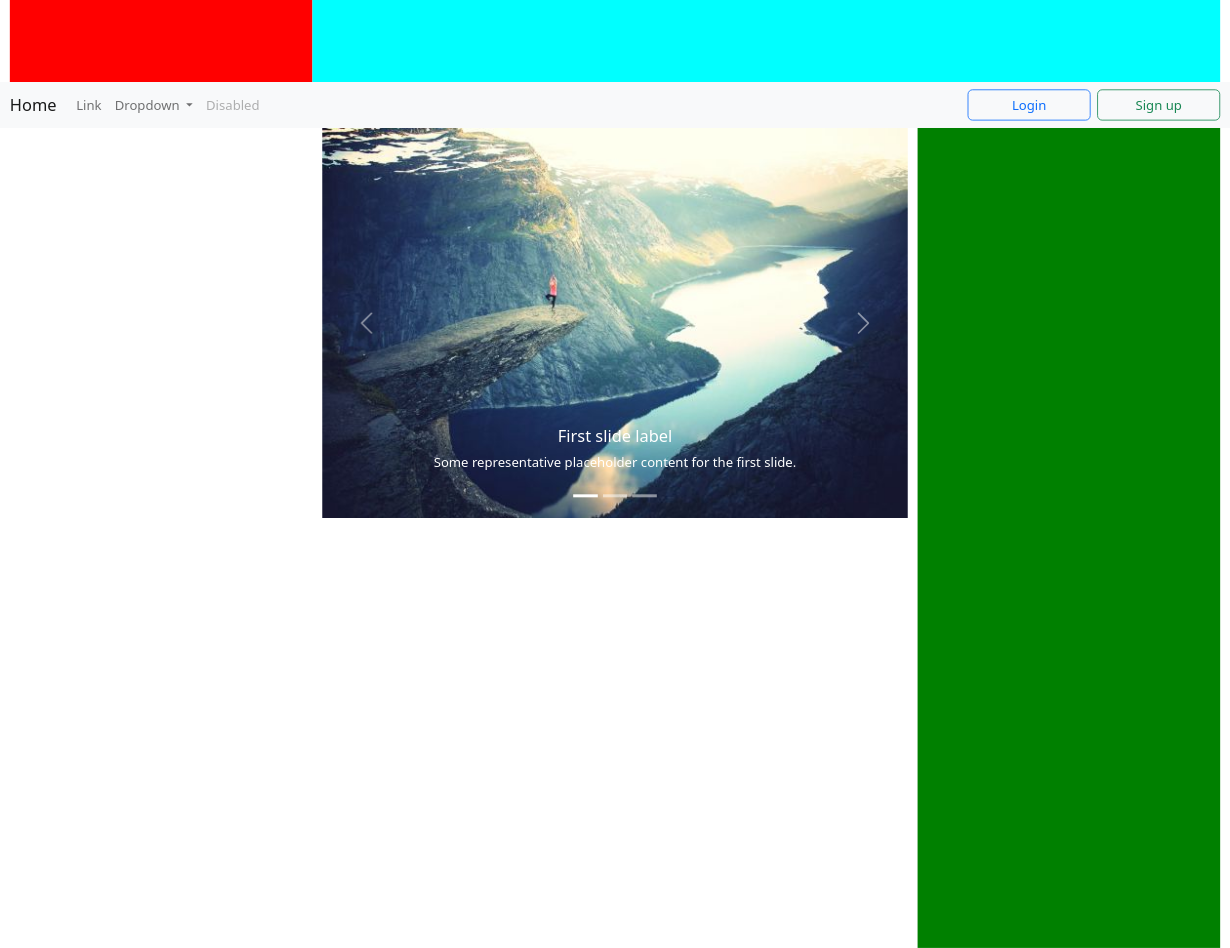
Repository: nguyenhung50497/MD2_bootstrap
Page: BT_giaoDienWeb/index.html
These files come from the project's save history. The page is drawn as it stood at one moment and after the next save; the edit follows.
The browser window is 1280 px wide. The page is 1500 px wide, so the pictures cover 1500 px, including what lies to the right of the window. The pictures show the whole page, at 82% of full size.

Above is the page before, as saved 2022-11-30 14:00:11.

### BT_giaoDienWeb/index.html
<!DOCTYPE html>
<html lang="en">
<head>
    <meta charset="UTF-8">
    <meta http-equiv="X-UA-Compatible" content="IE=edge">
    <meta name="viewport" content="width=device-width, initial-scale=1.0">
    <link href="https://cdn.jsdelivr.net/npm/bootstrap@5.2.3/dist/css/bootstrap.min.css" rel="stylesheet" integrity="sha384-rbsA2VBKQhggwzxH7pPCaAqO46MgnOM80zW1RWuH61DGLwZJEdK2Kadq2F9CUG65" crossorigin="anonymous">
    <script src="https://cdn.jsdelivr.net/npm/bootstrap@5.2.3/dist/js/bootstrap.bundle.min.js" integrity="sha384-kenU1KFdBIe4zVF0s0G1M5b4hcpxyD9F7jL+jjXkk+Q2h455rYXK/7HAuoJl+0I4" crossorigin="anonymous"></script>
    <title>Document</title>
</head>
<style>
    .logo {
        background-color: red;
        height: 100px;
    }
    .anhBia {
        background-color: aqua;
        height: 100px;
    }
    .right {
        background-color: green;
        height: 1000px;
    }
</style>
<body>
<center>
    <div style="width: 1500px;">
    <header class="container-fluid row">
        <div class="col-lg-3 logo">
            <img src="" alt="">
        </div>
        <div class="col-lg-9 anhBia">
            <img src="" alt="">
        </div>
    </header>
    <nav class="navbar navbar-expand-lg bg-light">
        <div class="container-fluid">
          <a class="navbar-brand" href="#">Home</a>
          <button class="navbar-toggler" type="button" data-bs-toggle="collapse" data-bs-target="#navbarSupportedContent" aria-controls="navbarSupportedContent" aria-expanded="false" aria-label="Toggle navigation">
            <span class="navbar-toggler-icon"></span>
          </button>
          <div class="collapse navbar-collapse" id="navbarSupportedContent">
            <ul class="navbar-nav me-auto mb-2 mb-lg-0">
              <li class="nav-item">
                <a class="nav-link" href="#">Link</a>
              </li>
              <li class="nav-item dropdown">
                <a class="nav-link dropdown-toggle" href="#" role="button" data-bs-toggle="dropdown" aria-expanded="false">
                  Dropdown
                </a>
                <ul class="dropdown-menu">
                  <li><a class="dropdown-item" href="#">Action</a></li>
                  <li><a class="dropdown-item" href="#">Another action</a></li>
                  <li><hr class="dropdown-divider"></li>
                  <li><a class="dropdown-item" href="#">Something else here</a></li>
                </ul>
              </li>
              <li class="nav-item">
                <a class="nav-link disabled">Disabled</a>
              </li>
            </ul>
            <form class="d-flex" role="search">
              <button class="form-control me-2 btn btn-outline-primary" style="width: 150px;">Login</button>
              <button class="btn btn-outline-success" type="submit" style="width: 150px;">Sign up</button>
            </form>
          </div>
        </div>
      </nav>
    <div class="container-fluid row">
        <aside class="col-lg-3 left">

        </aside>
        <section class="col-lg-6 content">
            <div id="carouselExampleCaptions" class="carousel slide" data-bs-ride="false">
                <div class="carousel-indicators">
                  <button type="button" data-bs-target="#carouselExampleCaptions" data-bs-slide-to="0" class="active" aria-current="true" aria-label="Slide 1"></button>
                  <button type="button" data-bs-target="#carouselExampleCaptions" data-bs-slide-to="1" aria-label="Slide 2"></button>
                  <button type="button" data-bs-target="#carouselExampleCaptions" data-bs-slide-to="2" aria-label="Slide 3"></button>
                </div>
                <div class="carousel-inner">
                  <div class="carousel-item active">
                    <img src="anh1.jpg" class="d-block w-100" alt="Anh 1">
                    <div class="carousel-caption d-none d-md-block">
                      <h5>First slide label</h5>
                      <p>Some representative placeholder content for the first slide.</p>
                    </div>
                  </div>
                  <div class="carousel-item">
                    <img src="anh2.jpg" class="d-block w-100" alt="Anh 2">
                    <div class="carousel-caption d-none d-md-block">
                      <h5>Second slide label</h5>
                      <p>Some representative placeholder content for the second slide.</p>
                    </div>
                  </div>
                  <div class="carousel-item">
                    <img src="anh3.jpg" class="d-block w-100" alt="Anh 3">
                    <div class="carousel-caption d-none d-md-block">
                      <h5>Third slide label</h5>
                      <p>Some representative placeholder content for the third slide.</p>
                    </div>
                  </div>
                </div>
                <button class="carousel-control-prev" type="button" data-bs-target="#carouselExampleCaptions" data-bs-slide="prev">
                  <span class="carousel-control-prev-icon" aria-hidden="true"></span>
                  <span class="visually-hidden">Previous</span>
                </button>
                <button class="carousel-control-next" type="button" data-bs-target="#carouselExampleCaptions" data-bs-slide="next">
                  <span class="carousel-control-next-icon" aria-hidden="true"></span>
                  <span class="visually-hidden">Next</span>
                </button>
              </div>
        </section>
        <aside class="col-lg-3 right"></aside>
    </div>
    <footer></footer>
    </div>
</center>
</body>
</html>

After the next save:
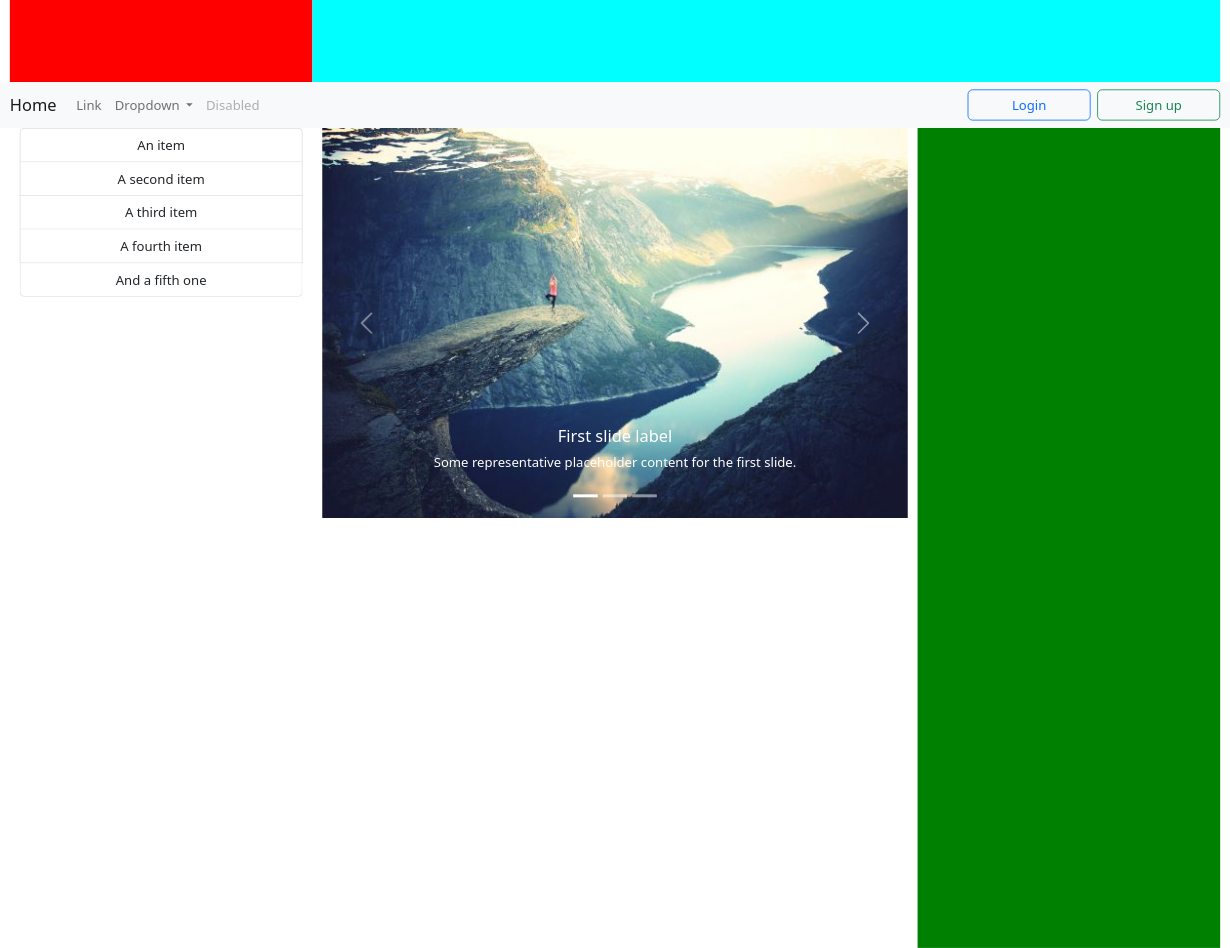
Saved 12 s later.
--- a/BT_giaoDienWeb/index.html
+++ b/BT_giaoDienWeb/index.html
@@ -68,7 +68,13 @@
       </nav>
     <div class="container-fluid row">
         <aside class="col-lg-3 left">
-
+            <ul class="list-group">
+                <li class="list-group-item">An item</li>
+                <li class="list-group-item">A second item</li>
+                <li class="list-group-item">A third item</li>
+                <li class="list-group-item">A fourth item</li>
+                <li class="list-group-item">And a fifth one</li>
+              </ul>
         </aside>
         <section class="col-lg-6 content">
             <div id="carouselExampleCaptions" class="carousel slide" data-bs-ride="false">
